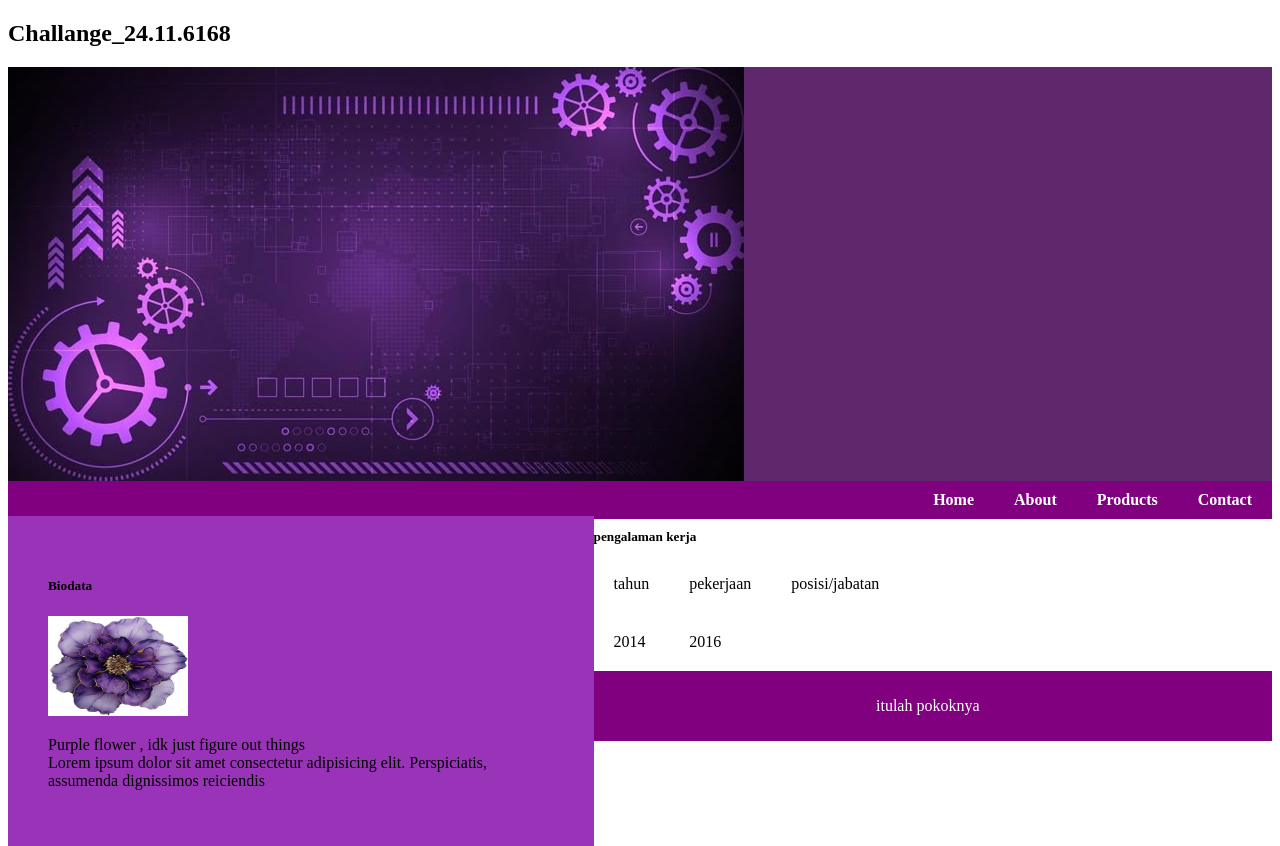
Repository: Ms-Ulfiyahrustam/p5_pemogramanweb
Page: index.html
The author's editor kept a copy of each file at every save. The page is drawn from the files as they stood at one save, then again after the next save.
The browser window is 1280 px wide. The pictures show the whole page.

Above is the page before, as saved 2026-04-27 09:56:28.

### index.html
<!DOCTYPE html>
<html lang="en">
<head>
    <meta charset="UTF-8">
    <meta name="viewport" content="width=device-width, initial-scale=1.0">
    <link rel="stylesheet" href="style.css">
    <title>Document</title>
</head>
<body class="">
    <h2>Challange_24.11.6168</h2>
    <div class="flex-container">
        <img src="download.jpg" alt="">
    </div>
    <div class="leftside">
        <h5>Biodata</h5>
        <img src="purple.jpg" alt="" width="140" height="100" >
        <p>Purple flower , idk just figure out things <br>
            Lorem ipsum dolor sit amet consectetur adipisicing elit. Perspiciatis, assumenda dignissimos reiciendis  <br>
        </p>
    </div>
    <div class="midplace">
<nav class="menu">
  <ul>
    <li><a href="#">Home</a></li>
    <li><a href="#">About</a></li>
    <li><a href="#">Products</a></li>
    <li><a href="#">Contact</a></li>
  </ul>
</nav>
        </div>

        <div class="rightside">
            <h5>pengalaman kerja</h5>
            <table cellspacing="0" cellpadding="20">
                    <tr >
                        <td>tahun</td>
                        <td> pekerjaan</td>
                        <td>posisi/jabatan</td>
                    </tr>
                    <tr>
                        <td>2014</td>
                        <td>2016</td>
                    </tr>
            </table>
        </div>


        <footer class="footer">
            <p>itulah pokoknya</p>
        </footer>
</body>
</html>

### style.css


.flex-container{
    display: flex;
    background-color: rgb(95, 40, 109);
    margin: auto;
}

.leftside{

    float:left;
    background-color: rgb(153, 52, 184);
    margin-top: 35px;
    width:40%;
    height: 40%;
    padding: 40px;


}

leftside img{
    justify-content: center;
}

.rightside{
    justify-content: right;
}

.rightside h5 {
    justify-content: center;
    margin: auto;
    padding: 10px;
}


.midplace{
    background-color: purple;
    color: azure;

}

.menu {
  background-color: purple;
  padding: 10px 0;
}

.menu ul {
  display: flex;
  justify-content: right;
  list-style: none;
  margin: 0;
  padding: 0;
}

.menu li {
  margin: 0 20px;
}

.menu a {
  text-decoration: none;
  color: white;
  font-weight: bold;
}

.footer {
    background-color :purple;
    padding: 10px;
    text-align: center;
    color : white;
}

After the next save:
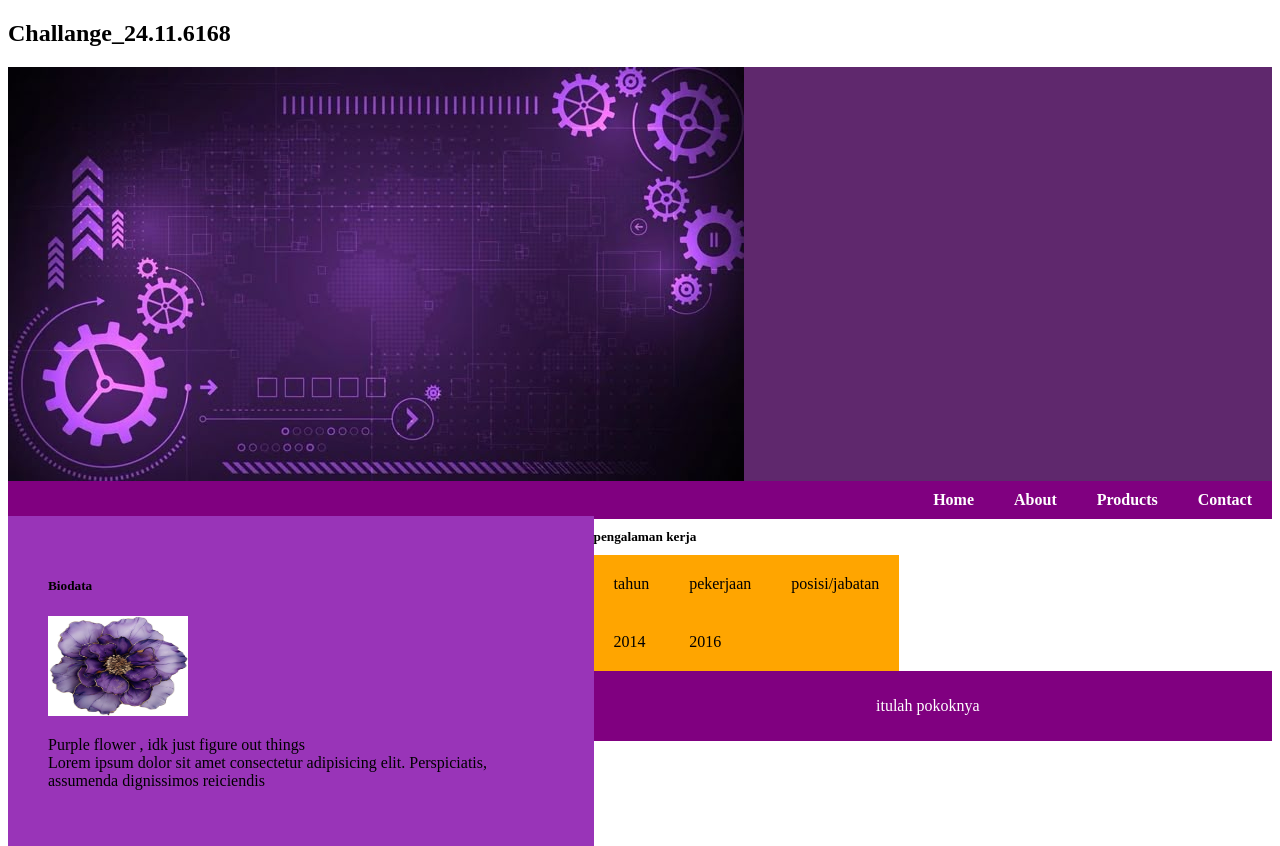
Saved 62 s later.
--- a/index.html
+++ b/index.html
@@ -31,13 +31,13 @@
 
         <div class="rightside">
             <h5>pengalaman kerja</h5>
-            <table cellspacing="0" cellpadding="20">
+            <table cellspacing="0" cellpadding="20"  bgcolor="orange">
                     <tr >
                         <td>tahun</td>
                         <td> pekerjaan</td>
                         <td>posisi/jabatan</td>
                     </tr>
-                    <tr>
+                    <tr >
                         <td>2014</td>
                         <td>2016</td>
                     </tr>

After the save that followed:
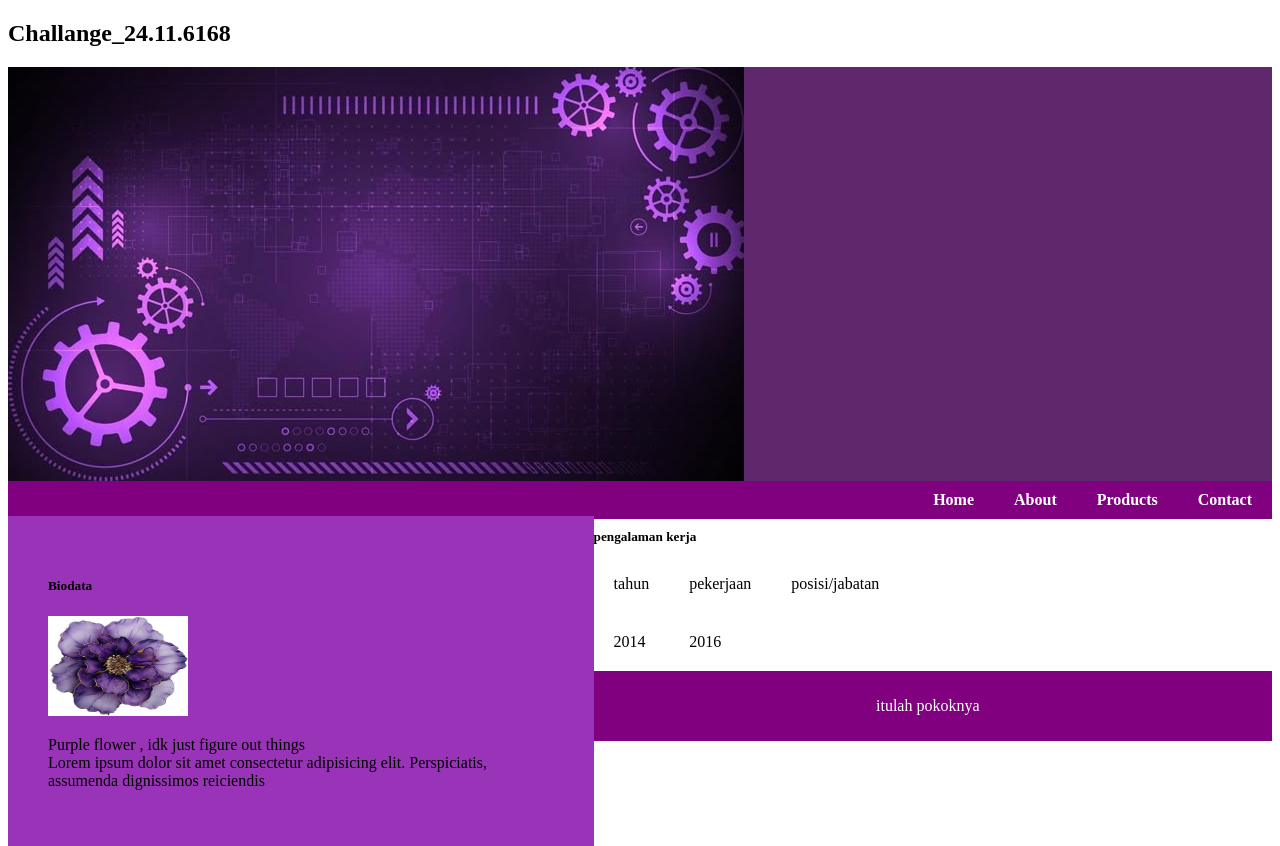
Saved 27 s later.
--- a/index.html
+++ b/index.html
@@ -31,7 +31,7 @@
 
         <div class="rightside">
             <h5>pengalaman kerja</h5>
-            <table cellspacing="0" cellpadding="20"  bgcolor="orange">
+            <table cellspacing="0" cellpadding="20" colspan="3" >
                     <tr >
                         <td>tahun</td>
                         <td> pekerjaan</td>
